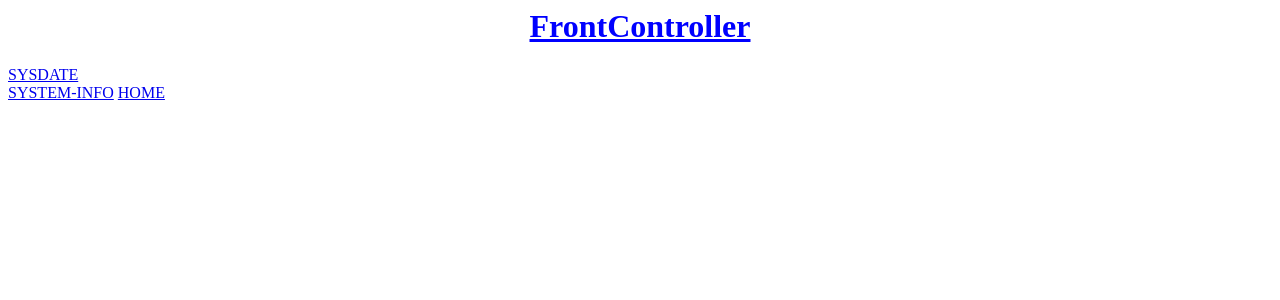
Repository: MDWASIMHAIDER/SpringMvc
Page: Ntsp711/MVC-Proj-1st-FrontController-Handler/WebContent/Index.html
The author's editor kept a copy of each file at every save. The page is drawn from the files as they stood at one save, then again after the next save.
The browser window is 1280 px wide. The pictures show the whole page.

Above is the page before, as saved 2019-06-30 11:50:04.

After the next save:
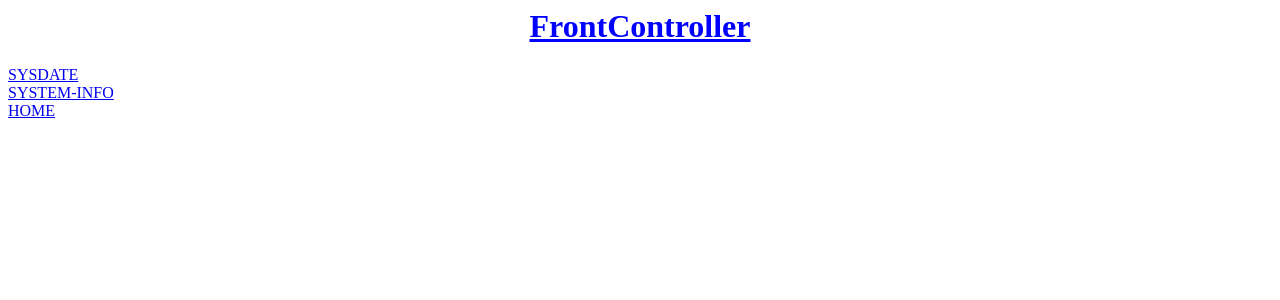
Saved 8 s later.
--- a/Ntsp711/MVC-Proj-1st-FrontController-Handler/WebContent/Index.html
+++ b/Ntsp711/MVC-Proj-1st-FrontController-Handler/WebContent/Index.html
@@ -1,4 +1,4 @@
 <h1 style="color:blue;text-align:center"><u>FrontController</u></h1>
 <a href="SytemDate.jsp">SYSDATE</a><br>
-<a href="SystemInfo.jsp">SYSTEM-INFO</a>
+<a href="SystemInfo.jsp">SYSTEM-INFO</a><br>
 <a href="Index.html">HOME</a>
